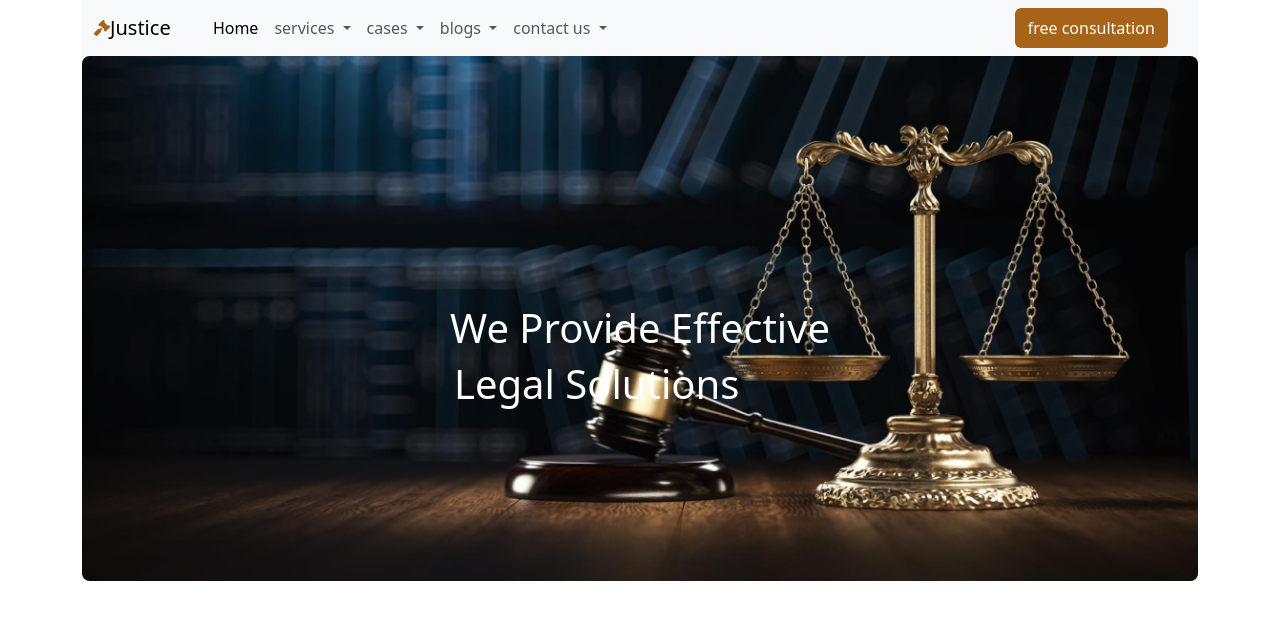
Repository: sadiaafsana138/justice
Page: index.html
The author's editor kept a copy of each file at every save. The page is drawn from the files as they stood at one save, then again after the next save.
The browser window is 1280 px wide. The pictures show the whole page.
Some web libraries are served in a nearby version.

Above is the page before, as saved 2023-01-25 18:09:02.

### index.html
<!DOCTYPE html>
<html lang="en">

<head>
    <meta charset="UTF-8">
    <meta http-equiv="X-UA-Compatible" content="IE=edge">
    <meta name="viewport" content="width=device-width, initial-scale=1.0">
    <title>
        Justice
    </title>
    <link href="https://cdn.jsdelivr.net/npm/bootstrap@5.3.0-alpha1/dist/css/bootstrap.min.css" rel="stylesheet"
        integrity="sha384-GLhlTQ8iRABdZLl6O3oVMWSktQOp6b7In1Zl3/Jr59b6EGGoI1aFkw7cmDA6j6gD" crossorigin="anonymous">
    <script src="https://kit.fontawesome.com/9557e238b6.js" crossorigin="anonymous"></script>
    <link rel="stylesheet" href="css/Styles.css">
</head>

<body>

    <header class="container-lg">
        <nav class="navbar navbar-expand-lg bg-body-tertiary">
            <div class="container-fluid ">
                <!--JUSTICE ICON-->
                <i class="fa-solid fa-gavel primary-color"></i>
                <!--NAVBAR HEADING-->
                <a class="navbar-brand" href="#">Justice</a>
                <button class="navbar-toggler" type="button" data-bs-toggle="collapse"
                    data-bs-target="#navbarSupportedContent" aria-controls="navbarSupportedContent"
                    aria-expanded="false" aria-label="Toggle navigation">
                    <span class="navbar-toggler-icon"></span>
                </button>
                <!--NAVBAR ITEMS-->
                <div class="collapse navbar-collapse d-flex justify-content-center" id="navbarSupportedContent">
                    <ul class="navbar-nav mb-2 mb-lg-0">
                        <li class="nav-item">
                            <a class="nav-link active" aria-current="page" href="#">Home</a>
                        </li>
                        <li class="nav-item dropdown">
                            <a class="nav-link dropdown-toggle" href="#" role="button" data-bs-toggle="dropdown"
                                aria-expanded="false">
                                services
                            </a>
                            <ul class="dropdown-menu">
                                <li><a class="dropdown-item" href="#">ITEMS</a></li>
                            </ul>
                        </li>
                        <li class="nav-item dropdown">
                            <a class="nav-link dropdown-toggle" href="#" role="button" data-bs-toggle="dropdown"
                                aria-expanded="false">
                                cases
                            </a>
                            <ul class="dropdown-menu">
                                <li><a class="dropdown-item" href="#">ITEMS</a></li>
                            </ul>
                        </li>
                        <li class="nav-item dropdown">
                            <a class="nav-link dropdown-toggle" href="#" role="button" data-bs-toggle="dropdown"
                                aria-expanded="false">
                                blogs
                            </a>
                            <ul class="dropdown-menu">
                                <li><a class="dropdown-item" href="#">ITEMS</a></li>
                            </ul>
                        </li>
                        <li class="nav-item dropdown">
                            <a class="nav-link dropdown-toggle" href="#" role="button" data-bs-toggle="dropdown"
                                aria-expanded="false">
                                contact us
                            </a>
                            <ul class="dropdown-menu">
                                <li><a class="dropdown-item" href="#">ITEMS</a></li>
                            </ul>
                        </li>

                        <!--navbar button-->
                        <button class="btn Btn-primary-color text-primary-color1 navbar-btn collapse navbar-collapse" data-bs-toggle="modal"
                            data-bs-target="#myModal" type="submit">free consultation</button>
                        <!-- Modal -->
                        <div class="modal" id="myModal">
                            <div class="modal-dialog">
                                <div class="modal-content">

                                    <!-- Modal Header -->
                                    <div class="modal-header">
                                        <h4 class="modal-title">Contact us</h4>
                                        <button type="button" class="btn-close" data-bs-dismiss="modal"></button>
                                    </div>

                                    <!-- Modal body -->
                                    <div class="modal-body">
                                        abcd@gmail.com
                                    </div>

                                    <!-- Modal footer -->
                                    <div class="modal-footer">
                                        <button type="button" class="btn btn-danger"
                                            data-bs-dismiss="modal">Done</button>
                                    </div>

                                </div>
                            </div>
                        </div>
                </div>
            </div>
        </nav>
    </header>
    <main class="container-lg">
        <section>
            <div>

                <div class="banner-text text-primary-color1">
                    <h1>We Provide Effective </h1>
                    <H1 class="ps-1">Legal Solutions</H1>
                </div>
                <img class="img-fluid" src="images/banner.png" alt="">
            </div>

        </section>

    </main>
    <footer>

    </footer>

    <script src="https://cdn.jsdelivr.net/npm/bootstrap@5.3.0-alpha1/dist/js/bootstrap.bundle.min.js"
        integrity="sha384-w76AqPfDkMBDXo30jS1Sgez6pr3x5MlQ1ZAGC+nuZB+EYdgRZgiwxhTBTkF7CXvN"
        crossorigin="anonymous"></script>

</body>

</html>

### css/Styles.css
.primary-color{
    color: rgb(167, 100, 25);
}
.Btn-primary-color{
    background : rgb(167, 100, 25);;
}
.text-primary-color1{
    color: white;
}
.navbar-btn{
    margin-left: 400px;
}
.banner-text{

        position: absolute;
        top: 50%;
        left: 50%;
        transform: translate(-50%, -50%);

}

After the next save:
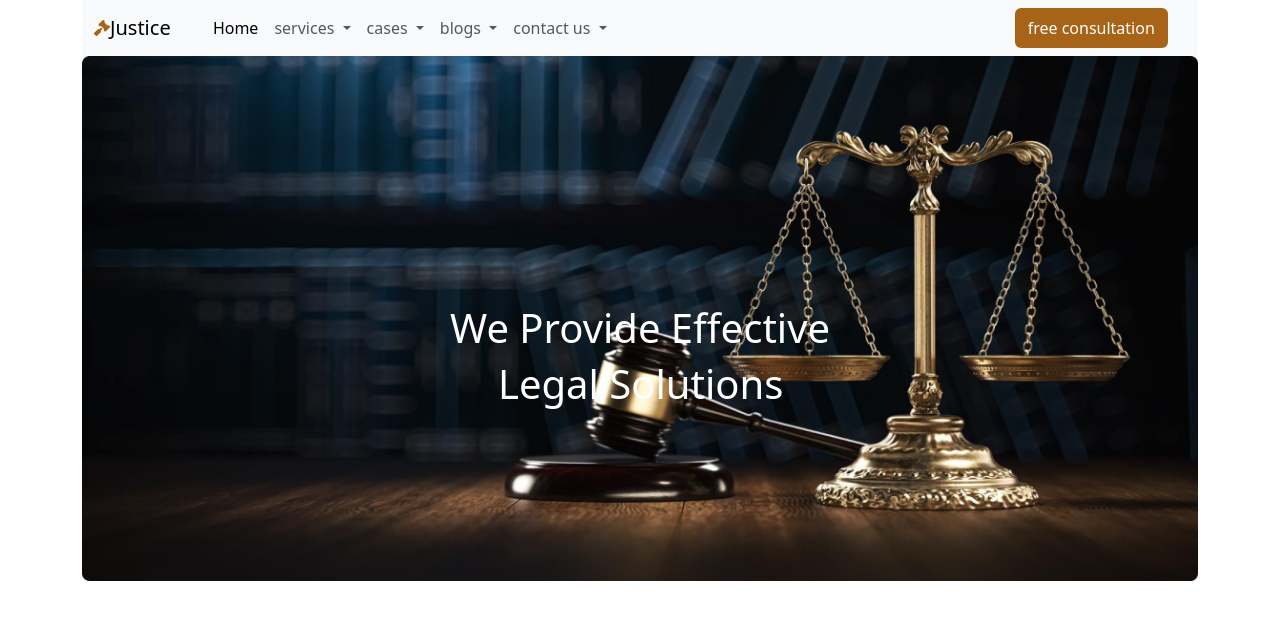
Saved 14 s later.
--- a/index.html
+++ b/index.html
@@ -109,7 +109,7 @@
 
                 <div class="banner-text text-primary-color1">
                     <h1>We Provide Effective </h1>
-                    <H1 class="ps-1">Legal Solutions</H1>
+                    <H1 class="ps-5">Legal Solutions</H1>
                 </div>
                 <img class="img-fluid" src="images/banner.png" alt="">
             </div>
